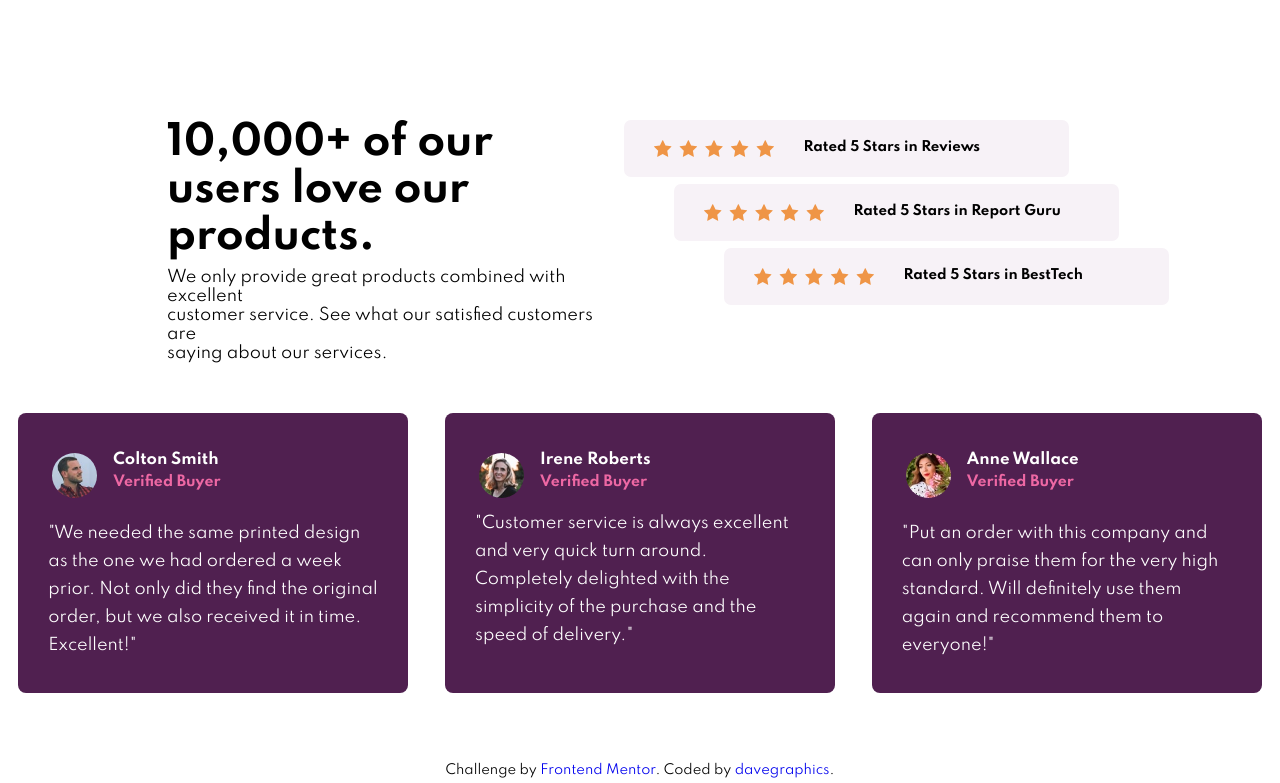
Repository: DejV44/social-proof-section-master
Page: index.html
An editor plug-in stored every save of this project. The page is shown before and after the next save, followed by the edit.
The browser window is 1280 px wide. The pictures show the whole page.
The style sheet was rebuilt from its Sass, Less or Tailwind sources for each picture, by a compiler version that may differ from the author's.

Above is the page before, as saved 2021-06-25 21:20:03.

After the next save:
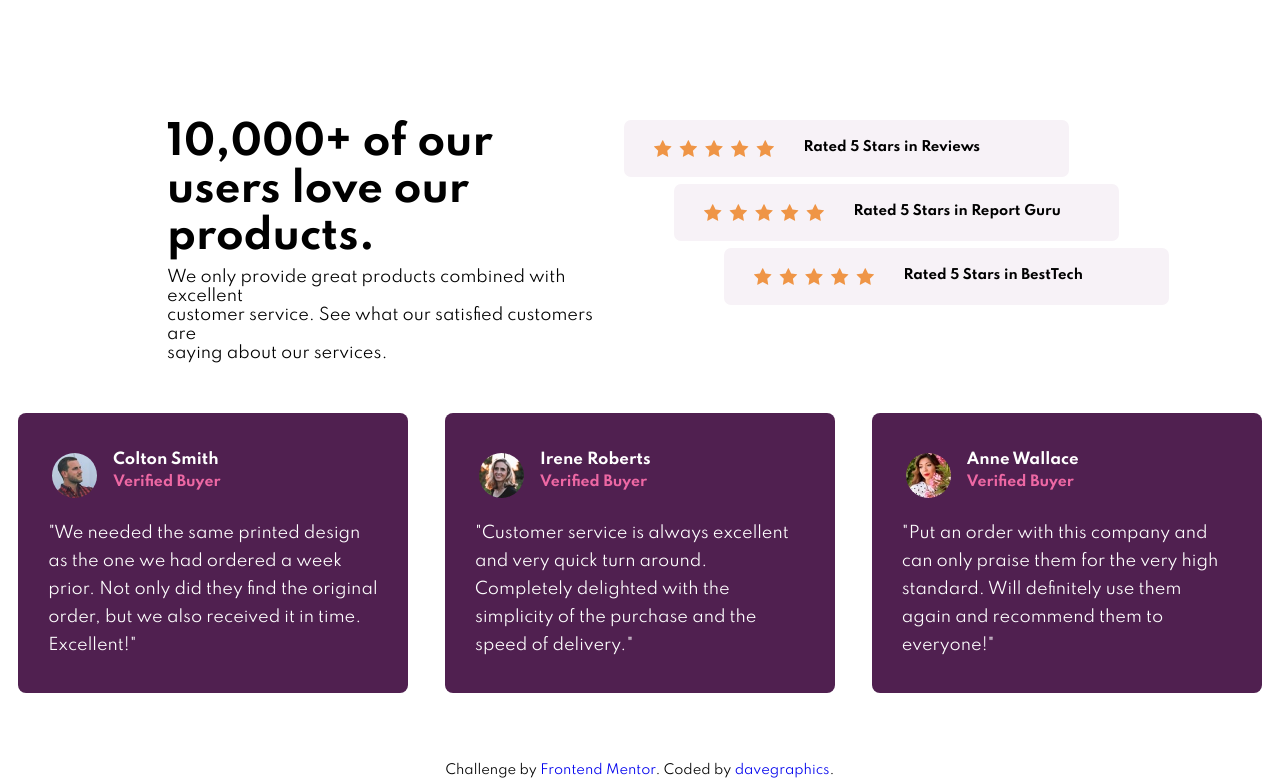
Saved 108 s later.
--- a/css/main.scss
+++ b/css/main.scss
@@ -79,6 +79,9 @@ body {
         }
     }
 
+    .citate :second-child {
+        margin-bottom: -20px;
+    }
     .citate {
         display: grid;
         grid-template-columns: 1fr 1fr 1fr;
@@ -138,7 +141,6 @@ body {
                 }
 
                 .identy2 {
-                    margin-bottom: -10px;
                     grid-column: 2/3;
                     display: flex;
                     img {
